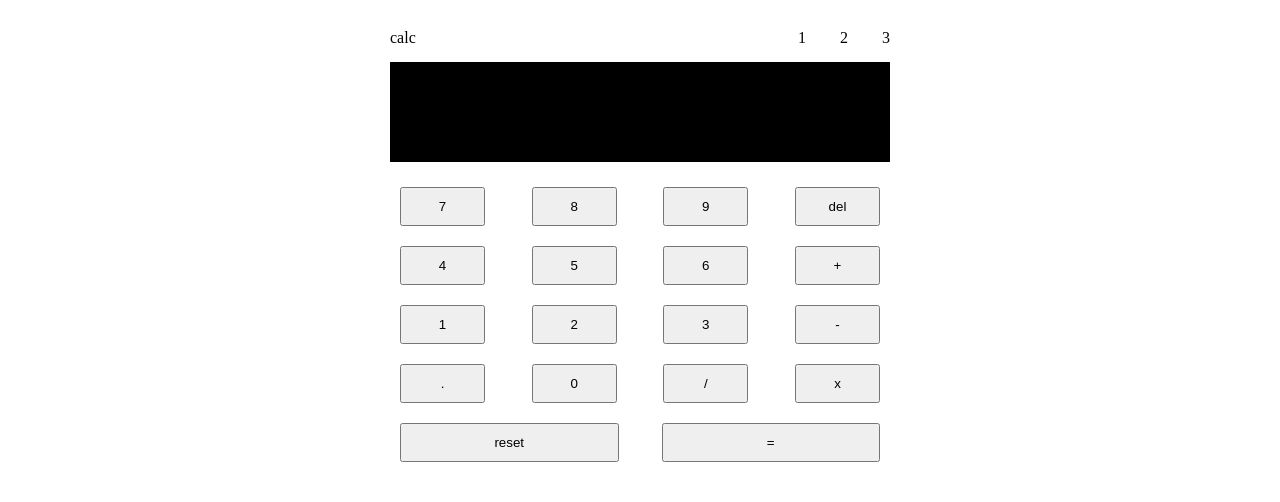
Repository: Eugene44-hub/basic-calculator
Page: index.html
These files come from the project's save history. The page is drawn as it stood at one moment and after the next save; the edit follows.
The browser window is 1280 px wide. The pictures show the whole page.

Above is the page before, as saved 2021-10-01 14:41:50.
Console error: SyntaxError: Unexpected end of input

After the next save:
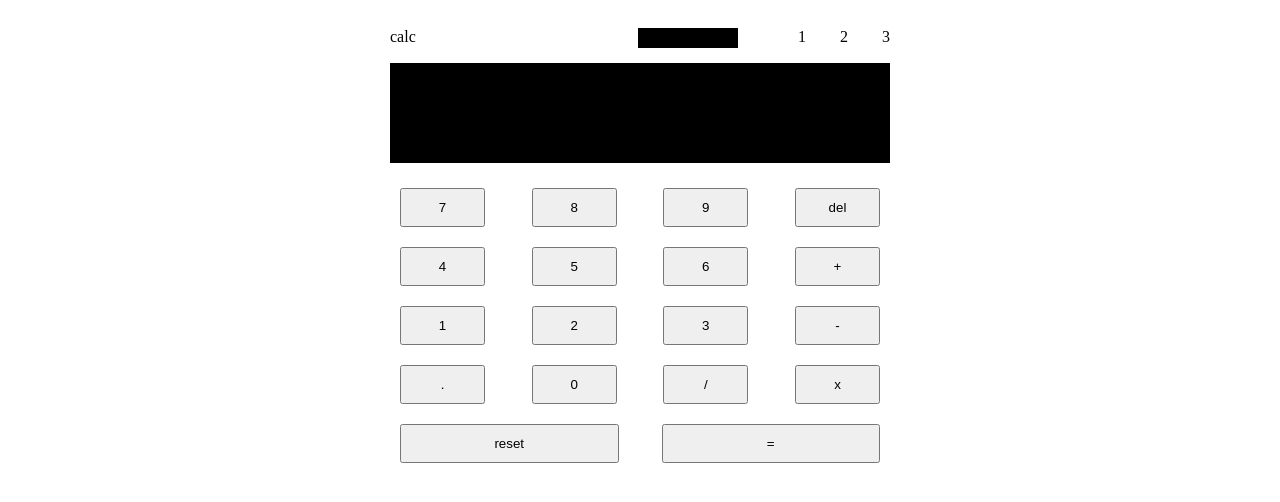
Saved 5 s later.
--- a/index.html
+++ b/index.html
@@ -20,6 +20,7 @@
                     <span id="two">2</span>
                     <span id="three">3</span>
                 </div>
+                <div class="toggle"></div>
             </div>
         </div>
         <div class="output">
